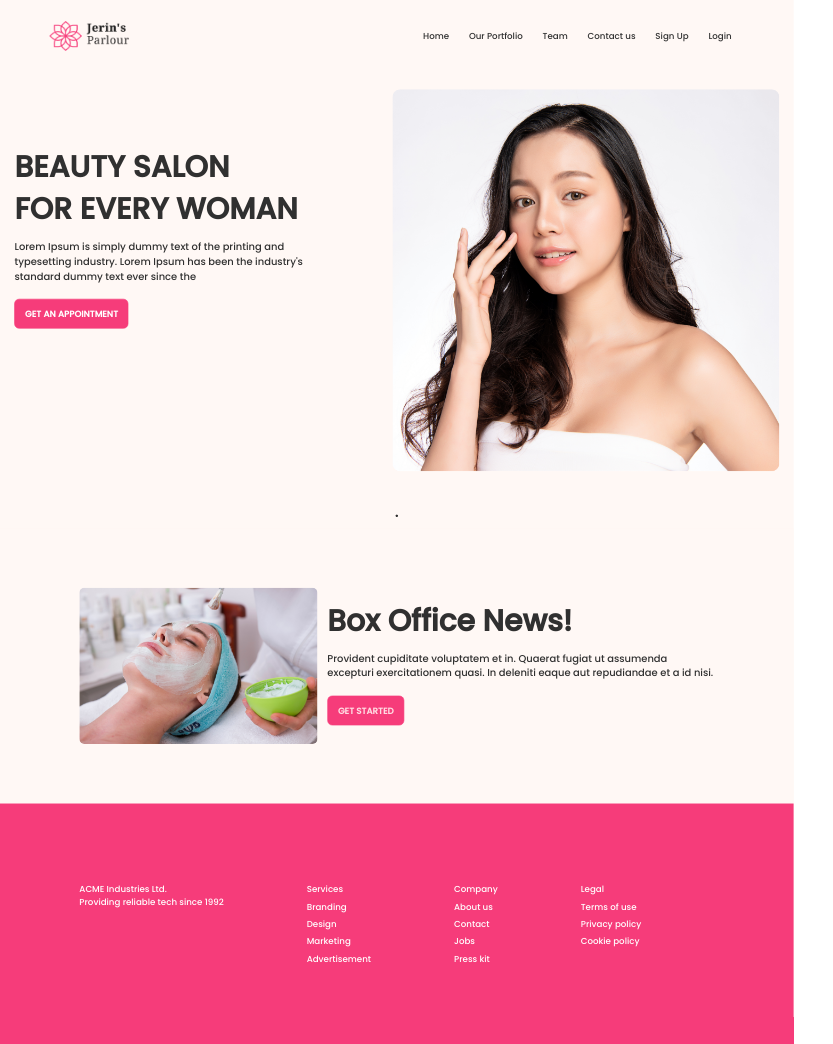
Repository: Wahid137/jerins-parlour-client
Page: /
An editor plug-in stored every save of this project. The page is shown before and after the next save, followed by the edit.
The browser window is 1280 px wide. The page is 1280 px wide, then 1344 px, so the pictures cover 1344 px, including what lies to the right of the window. The pictures show the whole page, at 62% of full size.
The page's requests for data from a server got no answer. The project was rebuilt for these pictures with package versions that can differ from the ones it lists, and the page was loaded fresh each time. No one was signed in, and anything a server would have sent is missing. Also part of the build but not shown: src/App.css, src/Pages/Home/Services/ServicesCard.js.

Above is the page before, as saved 2023-07-16 04:10:20.

### public/index.html
<!DOCTYPE html>
<html lang="en">
  <head>
    <meta charset="utf-8" />
    <link rel="icon" href="%PUBLIC_URL%/favicon.ico" />
    <meta name="viewport" content="width=device-width, initial-scale=1" />
    <meta name="theme-color" content="#000000" />
    <meta
      name="description"
      content="Web site created using create-react-app"
    />
    <link rel="preconnect" href="https://fonts.googleapis.com">
    <link rel="preconnect" href="https://fonts.gstatic.com" crossorigin>
    <link href="https://fonts.googleapis.com/css2?family=Poppins:wght@500&display=swap" rel="stylesheet">
    <link rel="apple-touch-icon" href="%PUBLIC_URL%/logo192.png" />
    <!--
      manifest.json provides metadata used when your web app is installed on a
      user's mobile device or desktop. See https://developers.google.com/web/fundamentals/web-app-manifest/
    -->
    <link rel="manifest" href="%PUBLIC_URL%/manifest.json" />
    <!--
      Notice the use of %PUBLIC_URL% in the tags above.
      It will be replaced with the URL of the `public` folder during the build.
      Only files inside the `public` folder can be referenced from the HTML.

      Unlike "/favicon.ico" or "favicon.ico", "%PUBLIC_URL%/favicon.ico" will
      work correctly both with client-side routing and a non-root public URL.
      Learn how to configure a non-root public URL by running `npm run build`.
    -->
    <title>React App</title>
  </head>
  <body>
    <noscript>You need to enable JavaScript to run this app.</noscript>
    <div id="root"></div>
    <!--
      This HTML file is a template.
      If you open it directly in the browser, you will see an empty page.

      You can add webfonts, meta tags, or analytics to this file.
      The build step will place the bundled scripts into the <body> tag.

      To begin the development, run `npm start` or `yarn start`.
      To create a production bundle, use `npm run build` or `yarn build`.
    -->
  </body>
</html>

### src/index.js
import React from 'react';
import ReactDOM from 'react-dom/client';
import './index.css';
import App from './App';
import reportWebVitals from './reportWebVitals';
import { QueryClient, QueryClientProvider } from '@tanstack/react-query'


// Create a client
const queryClient = new QueryClient()

const root = ReactDOM.createRoot(document.getElementById('root'));
root.render(
  <React.StrictMode>
    <QueryClientProvider client={queryClient}>
      <App />
    </QueryClientProvider>
  </React.StrictMode>
);

// If you want to start measuring performance in your app, pass a function
// to log results (for example: reportWebVitals(console.log))
// or send to an analytics endpoint. Learn more: https://bit.ly/CRA-vitals
reportWebVitals();

### src/index.css
@tailwind base;
@tailwind components;
@tailwind utilities;

body {
  background-color: #FFF8F5;
  margin: 0;
  font-family: -apple-system, BlinkMacSystemFont, 'Segoe UI', 'Roboto', 'Oxygen',
    'Ubuntu', 'Cantarell', 'Fira Sans', 'Droid Sans', 'Helvetica Neue',
    sans-serif;
    font-family: 'Poppins', sans-serif;
  -webkit-font-smoothing: antialiased;
  -moz-osx-font-smoothing: grayscale;
}

code {
  font-family: source-code-pro, Menlo, Monaco, Consolas, 'Courier New',
    monospace;
}

### src/App.js
import logo from './logo.svg';
import './App.css';
import { RouterProvider } from 'react-router-dom';
import router from './Routes/Routes/Routes';
import { Toaster } from 'react-hot-toast';

function App() {
  return (
    <div className=" mx-auto">
      <RouterProvider router={router}></RouterProvider>
      <Toaster></Toaster>
    </div>
  );
}

export default App;

### src/Routes/Routes/Routes.js
const { createBrowserRouter } = require("react-router-dom");
const { default: Main } = require("../../Layout/Main");
const { default: Home } = require("../../Pages/Home/Home/Home");

const router = createBrowserRouter([
    {
        path: '/',
        element: <Main></Main>,
        children: [
            {
                path: '/',
                element: <Home></Home>
            }
        ]
    }
])
export default router;

### src/Layout/Main.js
import React from 'react';
import Navbar from '../Shared/Navbar/Navbar';
import { Outlet } from 'react-router-dom';
import Footer from '../Shared/Footer/Footer';

const Main = () => {
    return (
        <div>
            <Navbar></Navbar>
            <Outlet></Outlet>
            <Footer></Footer>
        </div>
    );
};

export default Main;

### src/Pages/Home/Home/Home.js
import React from 'react';
import Banner from '../Banner/Banner';
import Services from '../Services/Services';
import Screen from '../Screen/Screen';

const Home = () => {
    return (
        <div>
            <Banner></Banner>
            <Services></Services>
            <Screen></Screen>
        </div>
    );
};

export default Home;

### src/Shared/Navbar/Navbar.js
import React from 'react';
import logo from '../../assets/logo.png';
import { Link } from 'react-router-dom';

const Navbar = () => {
    const menuItem = <>
        <li><Link to="/">Home</Link></li>
        <li><Link to="/portfolio">Our Portfolio</Link></li>
        <li><Link to="/team">Team</Link></li>
        <li><Link to="/dashboard">Contact us</Link></li>
        <li><Link to="/signup">Sign Up</Link></li>
        <li><Link to="/login">Login</Link></li>

    </>
    return (
        <div className="navbar flex justify-between px-20 pt-8">
            <div className="navbar-start">
                <div className="dropdown">
                    <label tabIndex={0} className="btn btn-ghost lg:hidden">
                        <svg xmlns="http://www.w3.org/2000/svg" className="h-5 w-5" fill="none" viewBox="0 0 24 24" stroke="currentColor"><path strokeLinecap="round" strokeLinejoin="round" strokeWidth="2" d="M4 6h16M4 12h8m-8 6h16" /></svg>
                    </label>
                    <ul tabIndex={1} className="menu menu-sm dropdown-content mt-3 z-[1] p-2 shadow bg-base-100 rounded-box w-52">
                        {menuItem}
                    </ul>
                </div>
                <Link to="/" className="w-32">
                    <img src={logo} alt="" />
                </Link>
            </div>
            <div className="navbar-center hidden lg:flex">
                <ul className="menu menu-horizontal px-1">
                    {menuItem}
                </ul>
            </div>
            <label htmlFor="dashboard-drawer" tabIndex={2} className="btn btn-ghost lg:hidden">
                <svg xmlns="http://www.w3.org/2000/svg" className="h-5 w-5" fill="none" viewBox="0 0 24 24" stroke="currentColor"><path strokeLinecap="round" strokeLinejoin="round" strokeWidth="2" d="M4 6h16M4 12h8m-8 6h16" /></svg>
            </label>

        </div>
    );
};

export default Navbar;

### src/Shared/Footer/Footer.js
import React from 'react';


const Footer = () => {
    return (
        <footer className="footer p-32 bg-primary text-white w-full max-w-full">
            <div>
                <p>ACME Industries Ltd.<br />Providing reliable tech since 1992</p>
            </div>
            <div>
                <span className=" text-white">Services</span>
                <a href="/" className="link link-hover">Branding</a>
                <a href="/" className="link link-hover">Design</a>
                <a href="/" className="link link-hover">Marketing</a>
                <a href="/" className="link link-hover">Advertisement</a>
            </div>
            <div>
                <span className="">Company</span>
                <a href="/" className="link link-hover">About us</a>
                <a href="/" className="link link-hover">Contact</a>
                <a href="/" className="link link-hover">Jobs</a>
                <a href="/" className="link link-hover">Press kit</a>
            </div>
            <div>
                <span className="">Legal</span>
                <a href="/" className="link link-hover">Terms of use</a>
                <a href="/" className="link link-hover">Privacy policy</a>
                <a href="/" className="link link-hover">Cookie policy</a>
            </div>
        </footer>
    );
};

export default Footer;

### src/Pages/Home/Banner/Banner.js
import React from 'react';
import woman from '../../../assets/images/woman.png';
import PrimaryButton from '../../../Components/PrimaryButton/PrimaryButton';

const Banner = () => {
    return (
        <div className="hero" >
            <div className="hero-content flex-col lg:flex-row-reverse min-h-screen">

                <img src={woman} className="rounded-lg lg:w-1/2" alt="" />

                <div className='lg:me-32 lg:-mt-32'>
                    <h1 className="text-5xl font-bold mt-0 mb-5">BEAUTY SALON</h1>
                    <h1 className="text-5xl font-bold">FOR EVERY WOMAN</h1>
                    <p className="py-6">Lorem Ipsum is simply dummy text of the printing and <br /> typesetting industry. Lorem Ipsum has been the industry's <br /> standard dummy text ever since the</p>
                    <PrimaryButton>Get an Appointment</PrimaryButton>
                </div>
            </div>
        </div>
    );
};

export default Banner;

### src/Pages/Home/Services/Services.js
import { useQuery } from '@tanstack/react-query';
import React from 'react';
import Loading from '../../../Shared/Loading/Loading';


import ServicesCard from './ServicesCard';
import PrimaryButton from '../../../Components/PrimaryButton/PrimaryButton';



const Services = () => {
    const { data: services = [], isLoading } = useQuery({
        queryKey: ['services'],
        queryFn: () => fetch('http://localhost:5000/services')
            .then(res => res.json())
    })


    if (isLoading) {
        return <Loading></Loading>;
    }

    return (
        <div className='p-0 my-5'>
            <div className='mx-auto mb-4 py-10 text-center w-1/2'>
                <p className='text-2xl font-bold'>Our Awesome <span className='text-primary'>Services</span></p>
            </div>
            <div className='grid gap-1 grid-cols-1 md:grid-cols-2 lg:grid-cols-3'>
                {
                    services.map(service => <ServicesCard
                        key={service._id}
                        service={service}
                    ></ServicesCard>)
                }
            </div>
            <div className='text-center mt-10'>
                <PrimaryButton >Explore More</PrimaryButton>
            </div>

        </div >
    );
};

export default Services;

### src/Pages/Home/Screen/Screen.js
import React from 'react';
import face from '../../../assets/images/face.png'

const Screen = () => {
    return (
        <div className="hero py-20 bg-secondary">
            <div className="hero-content flex-col lg:flex-row">
                <img src={face} className="max-w-sm rounded-lg" alt="" />
                <div className='lg:w-1/2'>
                    <h1 className="text-5xl font-bold">Box Office News!</h1>
                    <p className="py-6">Provident cupiditate voluptatem et in. Quaerat fugiat ut assumenda excepturi exercitationem quasi. In deleniti eaque aut repudiandae et a id nisi.</p>
                    <button className="btn btn-primary">Get Started</button>
                </div>
            </div>
        </div>
    );
};

export default Screen;

### src/Components/PrimaryButton/PrimaryButton.js
import React from 'react';

const PrimaryButton = ({ children }) => {
    return (
        <button className="btn btn-primary text-white">{children}</button>
    );
};

export default PrimaryButton;

### src/Shared/Loading/Loading.js
import React from 'react';

const Loading = () => {
    return (
        <div className="flex items-center justify-center">
            <span className="loading loading-ring loading-lg"></span>
        </div>
    );
};

export default Loading;

### tailwind.config.js
/** @type {import('tailwindcss').Config} */
module.exports = {
  content: [
    "./src/**/*.{js,jsx,ts,tsx}",
  ],
  daisyui: {
    themes: [
      {
        parlourTheme: {
          primary: '#F63E7B',
          secondary: '#FFF8F5',
          accent: '##F4F7FC',
          neutral: '#3D4451',
          "base-100": '#FFFFFF',
        }
      }
    ]
  },
  theme: {
    extend: {},
  },
  plugins: [require("daisyui")],
}

Loaded but not shown: src/reportWebVitals.js (common file)

After the next save:
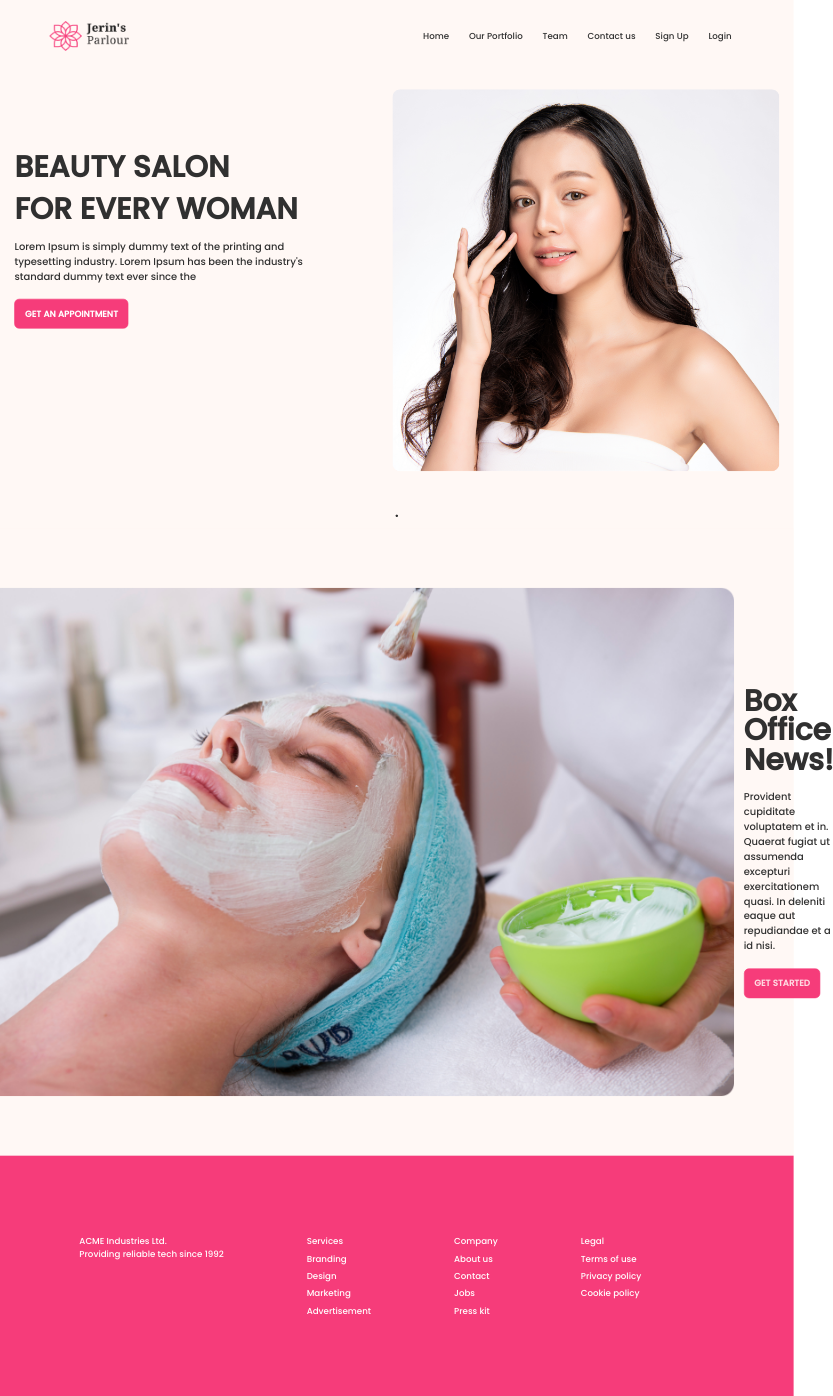
Saved 55 s later.
--- a/src/Pages/Home/Screen/Screen.js
+++ b/src/Pages/Home/Screen/Screen.js
@@ -5,7 +5,7 @@ const Screen = () => {
     return (
         <div className="hero py-20 bg-secondary">
             <div className="hero-content flex-col lg:flex-row">
-                <img src={face} className="max-w-sm rounded-lg" alt="" />
+                <img src={face} className=" rounded-lg" alt="" />
                 <div className='lg:w-1/2'>
                     <h1 className="text-5xl font-bold">Box Office News!</h1>
                     <p className="py-6">Provident cupiditate voluptatem et in. Quaerat fugiat ut assumenda excepturi exercitationem quasi. In deleniti eaque aut repudiandae et a id nisi.</p>
